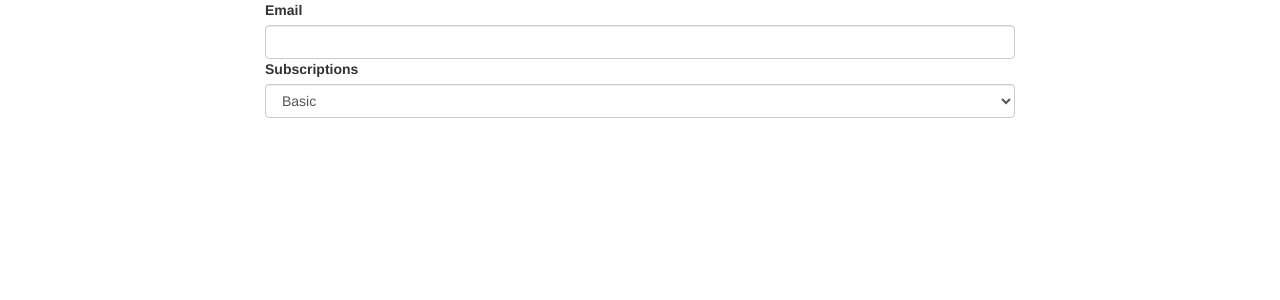
Repository: NikitasX/AngularCourse
Page: / (app in td-forms-assignment/)
These files come from the project's save history. The page is drawn as it stood at one moment and after a run of saves; the edit follows.
The browser window is 1280 px wide. The pictures show the whole page.
The project was rebuilt for these pictures with package versions that can differ from the ones it lists, and the page was loaded fresh each time. Also part of the build but not shown: td-forms-assignment/angular.json.

Above is the page before, as saved 2020-09-25 16:33:54.

After the next 2 saves:
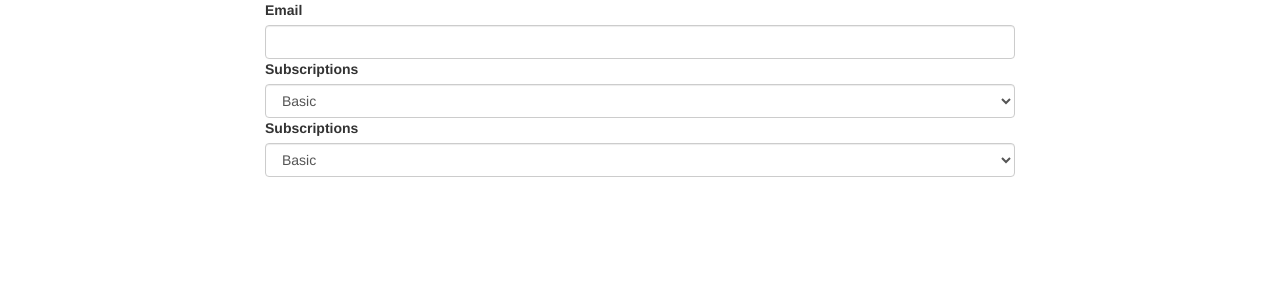
The 2 saves are shown as one change because they came seconds apart.
The last was saved 13 s later.
--- a/td-forms-assignment/src/app/app.component.html
+++ b/td-forms-assignment/src/app/app.component.html
@@ -10,6 +10,13 @@
             class="form-control"
             required
             email>
+
+            <label for="subscriptions">Subscriptions</label>
+            <select class="form-control">
+              <option value="basic">Basic</option>
+              <option value="advanced">Advanced</option>
+              <option value="pro">Pro</option>
+            </select>
 
             <label for="subscriptions">Subscriptions</label>
             <select class="form-control">
